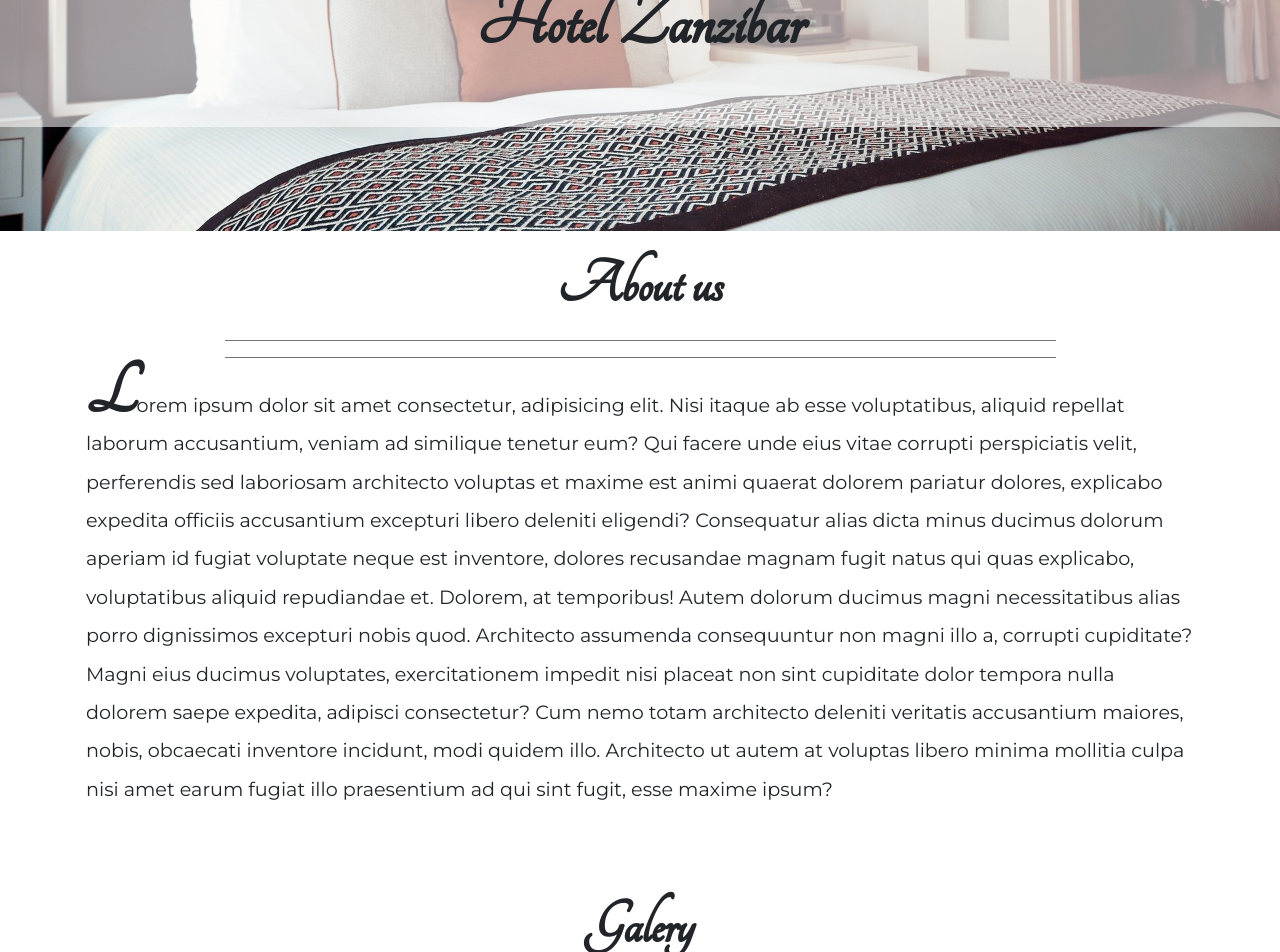
Repository: Ulaa93/Hotel-Zanzibar
Page: index.html
These files come from the project's save history. The page is drawn as it stood at one moment and after the next save; the edit follows.
The browser window is 1280 px wide. The pictures show the part of the page from y = 425 to 1377 px (the page is 2896 px tall before and 2992 px after).
A picture or video elsewhere on the page could not be fetched, so the positions and the page height are approximate.

Above is the page before, as saved 2020-01-28 11:08:37.

After the next save:
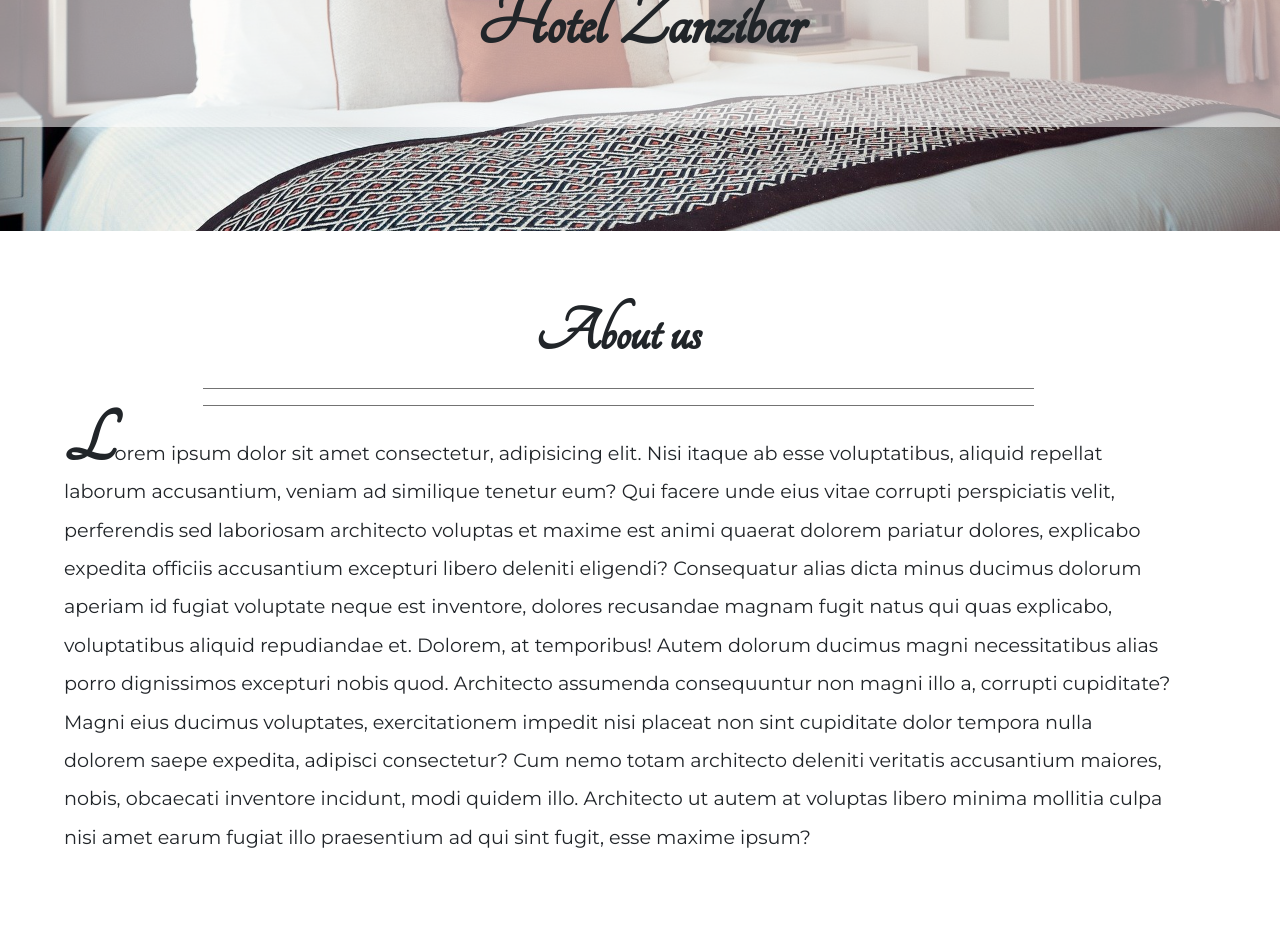
Saved 37 s later.
--- a/style.css
+++ b/style.css
@@ -46,7 +46,7 @@
   font-weight: 600;
 }
 .hotel-about{
-  padding: 48px;
+  margin: 48px;
 }
 h2 {
   text-align: center;
